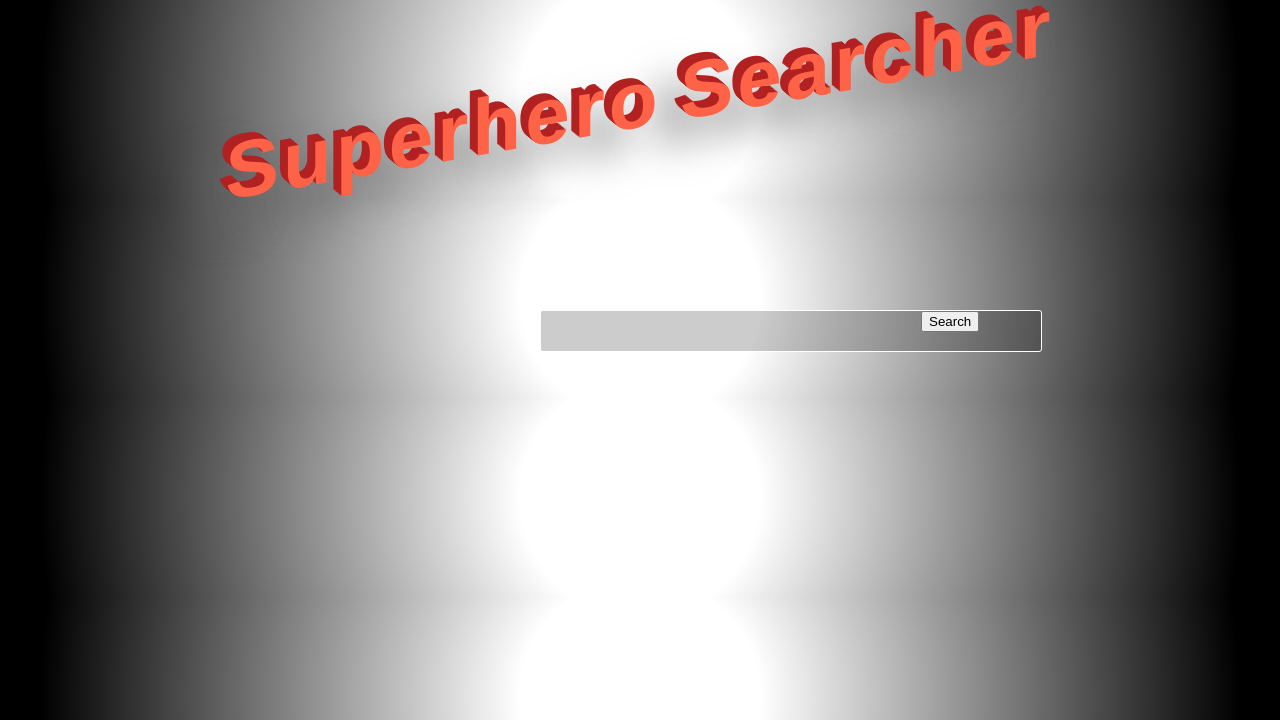
Repository: savi1623/SuperheroSearcher
Page: / (app in my-app/)
The author's editor kept a copy of each file at every save. The page is drawn from the files as they stood at one save, then again after a run of saves.
The browser window is 1280 px wide. The pictures show the whole page.
The project was rebuilt for these pictures with package versions that can differ from the ones it lists, and the page was loaded fresh each time. Also part of the build but not shown: my-app/src/SuperImage/SuperImage.scss, my-app/src/SuperImage/SuperImage.js, my-app/src/Stats/Stats.scss, my-app/src/Stats/Stats.js, my-app/src/Biography/Biography.scss, my-app/src/Biography/Biography.js, my-app/src/Apperance/Apperance.scss, my-app/src/Apperance/Apperance.js and 8 more.

Above is the page before, as saved 2020-02-28 10:48:07.

After the next 2 saves:
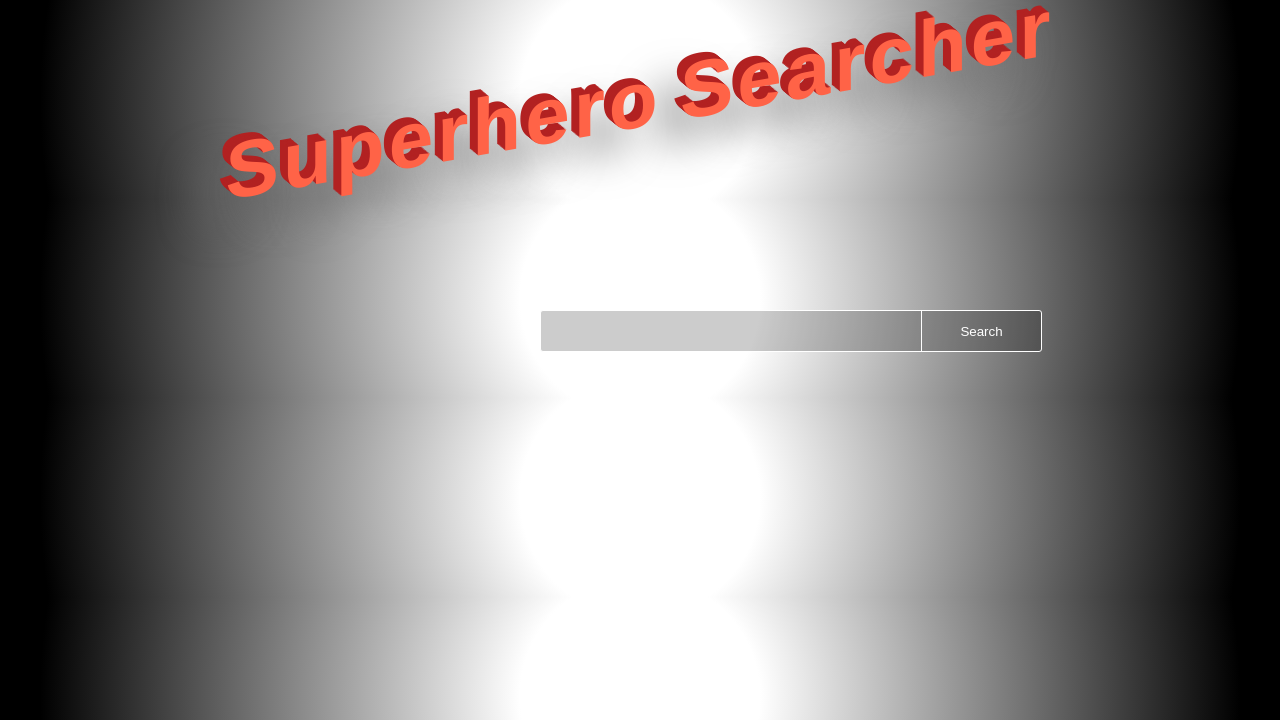
The 2 saves are shown as one change because 1 did not build or start.
The last was saved 37 s later.
--- a/my-app/src/App/App.scss
+++ b/my-app/src/App/App.scss
@@ -49,7 +49,6 @@
       outline: 0;
       background:transparent;
 }}
-
 }
 
 
@@ -57,5 +56,25 @@
 
 
 .searchButton{
-
+  position: relative;
+  float: right;
+  border: 0;
+  padding: 0;
+  cursor: pointer;
+  height: 40px;
+  width: 120px;
+  color: #fff;
+  background: transparent;
+  border-left: 1px solid #fff;
+  border-radius: 0 3px 3px 0;
+  &:hover {
+    background: #fff;
+    color:#444;
+  }
+  &:active {
+    box-shadow: 0px 0px 12px 0px rgba(225, 225, 225, 1);
+  }
+  &:focus {
+    outline: 0;
+  }
 }
